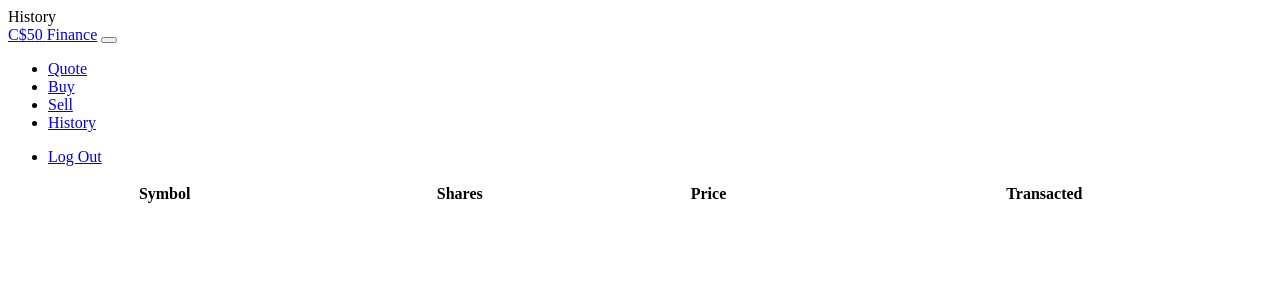
Repository: f41lure/cs50
Page: http://localhost/history
The author's editor kept a record of every edit. The page is drawn from the files as they stood at one moment, then again after the next edit.
The browser window is 1280 px wide. The pictures show the whole page.
Some web libraries are served in a nearby version. The page is served by the project's application, run on Flask 3 (finance/application.py). The session is filled in as if someone had signed in: {"user_id": 1}. The page reads the database file committed with the project.

Above is the page before.

### finance/templates/history.html


{% block title %}
    History
{% endblock %}

{% block main %}
<nav class="navbar navbar-expand-md navbar-light bg-light border">
            <a class="navbar-brand" href="/"><span class="blue">C</span><span class="red">$</span><span class="yellow">5</span><span class="green">0</span> <span class="red">Finance</span></a>
            <button aria-controls="navbar" aria-expanded="false" aria-label="Toggle navigation" class="navbar-toggler" data-target="#navbar" data-toggle="collapse" type="button">
                <span class="navbar-toggler-icon"></span>
            </button>
            <div class="collapse navbar-collapse" id="navbar">

                    <ul class="navbar-nav mr-auto mt-2">
                        <li class="nav-item"><a class="nav-link" href="/quote">Quote</a></li>
                        <li class="nav-item"><a class="nav-link" href="/buy">Buy</a></li>
                        <li class="nav-item"><a class="nav-link" href="/sell">Sell</a></li>
                        <li class="nav-item"><a class="nav-link" href="/history">History</a></li>
                    </ul>
                    <ul class="navbar-nav ml-auto mt-2">
                        <li class="nav-item"><a class="nav-link" href="/logout">Log Out</a></li>
                    </ul>

            </div>
        </nav>
    <table class="table table-striped" style="width:100%">
      <tr>
        <th>Symbol</th>
        <th>Shares</th>
        <th>Price</th>
        <th>Transacted</th>
      </tr>
    {% for history in histories %}
      <tr>
        <td>{{ history.stock }}</td>
        <td>{{ history.shares }}</td>
        <td>{{ history.total }}</td>
        <!--<td>{{ history.transacted }}</td>-->
      </tr>
    {% endfor %}
    </table>

{% endblock %}

### finance/application.py
from cs50 import SQL
from flask import Flask, flash, redirect, render_template, request, session, url_for
from flask_session import Session
from passlib.apps import custom_app_context as pwd_context
from tempfile import mkdtemp

from helpers import *

# configure application
app = Flask(__name__)

# ensure responses aren't cached
if app.config["DEBUG"]:
    @app.after_request
    def after_request(response):
        response.headers["Cache-Control"] = "no-cache, no-store, must-revalidate"
        response.headers["Expires"] = 0
        response.headers["Pragma"] = "no-cache"
        return response

# custom filter
app.jinja_env.filters["usd"] = usd

# configure session to use filesystem (instead of signed cookies)
app.config["SESSION_FILE_DIR"] = mkdtemp()
app.config["SESSION_PERMANENT"] = False
app.config["SESSION_TYPE"] = "filesystem"
Session(app)

# configure CS50 Library to use SQLite database
db = SQL("sqlite:///finance.db")

@app.route("/")
@login_required
def index():
    return apology("TODO")

@app.route("/buy", methods=["GET", "POST"])
@login_required
def buy():
    """Buy shares of stock."""
    if request.method == "POST":
        if not request.form.get("symbol"):
            return apology("Enter a symbol.")
        symb = lookup(request.form.get("symbol"))

        if not symb:
            return apology("Invalid symbol. Re-enter.")

        try:
            shares = int(request.form.get("shares"))
            if shares < 0:
                return apology("Shares must be positive integer")
        except:
            return apology("Shares must be positive integer")


        cash_info = db.execute("SELECT cash FROM users WHERE id = :id", id=session["user_id"])
        if float(cash_info[0]["cash"]) < symb["price"] * shares:
            return apology("Not enough funds.")

        name_of_us = db.execute("""SELECT * FROM users WHERE id = :id""", id=session["user_id"])

        name = name_of_us[0]["username"]

        db.execute("UPDATE users SET cash = cash - :purchase WHERE id = :id", id=session["user_id"], purchase=symb["price"] * float(shares))

        new_cash = db.execute("SELECT * FROM users WHERE id = :id", id=session["user_id"])

        foo = new_cash[0]["cash"]

        db.execute("""UPDATE {} SET cash = ''""".format(name))                                                          # Previously, multiple cash entries would appear

        db.execute("""DELETE FROM {} WHERE stock IS NULL""".format(name))                                               # Delete any empty rows

        db.execute("""UPDATE {}_index SET cash = ''""".format(name))                                                    # (user_index)Previously, multiple cash entries would appear

        db.execute("""DELETE FROM {}_index WHERE stock IS NULL""".format(name))                                         # (user_index)Delete any empty rows

        db.execute("""INSERT INTO {} (stock, amount, price, tot_value, cash)
                      VALUES (:stock, :amount, :price, :tot_value, :cash_f)""".format(name),
                    stock=request.form.get("symbol"),
                    amount=request.form.get("shares"),
                    price=symb["price"] * shares,
                    tot_value = symb["price"] * shares,
                    cash_f = foo)

        # Table which records all transactions ever made

        db.execute("""INSERT INTO trans (id, stock, shares, total, type)
                      VALUES (:id, :stock, :shares, :total, :type)""",
                    id=session.get("user_id"),
                    stock=request.form.get("symbol"),
                    shares=shares,
                    total = symb["price"] * shares,
                    type="buy")



        # Creates a temporary table spare which stores all the data needed for index()

        db.execute("""CREATE TABLE spare (id INTEGER, stock TEXT, shares INTEGER, total INTEGER)""")

        amounts_to_be_changed = db.execute("""SELECT shares, total FROM {}_index WHERE stock=:stock""".format(name), symbol)

        new_shares = int(amounts_to_be_changed[0]['shares']) + amount

        new_total = int(amounts_to_be_changed[0]['total']) + value

        bar = db.execute("""INSERT INTO spare (id, stock) SELECT id, stock FROM trans GROUP BY id, stock""")

        db.execute("""INSERT INTO spare (shares, total) WHERE stock=:stock VALUES (:shares, :total)""", stock=symbol, shares=new_shares, total=new_total)

        # Inserts the data for index() into spare
        ###### Ran into a problem here: bar previously worked for buy, but now we need to keep track of the amount of each stock, not the sum for history
        ###### Solution: if a stocks type is sell: SUM it. If buy: SUM it
        ###### Then subtract sell from buy

        bar = db.execute("""INSERT INTO spare (id, stock, shares, total) SELECT id, stock, SUM(shares), SUM(total) FROM trans GROUP BY id, stock""")

        # db.execute("""INSERT INTO spare (id, stock, shares, total)
        #               VALUES (:id :stock, :shares, :total")""",
        #               id=session["user_id"],
        #               stock=bar[0]['stock'],
        #               shares=bar[0]['SUM(shares)'],
        #               total=bar[0]['SUM(total)'])

        # Takes all the data relevant to the current user for index() and stores it in that users table

        db.execute("""INSERT INTO {}_index (stock, amount, tot_value)
                    SELECT stock, shares, total FROM spare WHERE id=:id;""".format(name), id=session.get("user_id"))

        # Fill other two fields: price and cash

        db.execute("""INSERT INTO {}_index (cash)
                    VALUES (:cash)""".format(name),
                    cash=foo)

        # baz = db.execute("""SELECT * FROM {}_index""".format(name))
        # for idx, row in enumerate(baz):
        #     price_index = baz[idx][float('tot_value')] / baz[idx][float('amount')]

        #     db.execute("""INSERT INTO {}_index (price)
        #                 VALUES (:price)""".format(name),
        #                 price=price_index)


        db.execute("""DROP TABLE spare;""")

        return redirect(url_for("index"))

    else:
        return render_template("buy.html")

@app.route("/history")
@login_required
def history():
    histories = db.execute("SELECT * from trans WHERE id=:id", id=session["user_id"])

    return render_template("history.html", histories=histories)

@app.route("/login", methods=["GET", "POST"])
def login():
    """Log user in."""

    # forget any user_id
    session.clear()

    # if user reached route via POST (as by submitting a form via POST)
    if request.method == "POST":

        # ensure username was submitted
        if not request.form.get("username"):
            return apology("must provide username")

        # ensure password was submitted
        elif not request.form.get("password"):
            return apology("must provide password")

        # query database for username
        rows = db.execute("SELECT * FROM users WHERE username = :username", username=request.form.get("username"))

        # ensure username exists and password is correct
        if len(rows) != 1 or not pwd_context.verify(request.form.get("password"), rows[0]["hash"]):
            return apology("invalid username and/or password")

        # remember which user has logged in
        session["user_id"] = rows[0]["id"]

        # redirect user to home page
        return redirect(url_for("index"))

    # else if user reached route via GET (as by clicking a link or via redirect)
    else:
        return render_template("login.html")

@app.route("/logout")
def logout():
    """Log user out."""

    # forget any user_id
    session.clear()

    # redirect user to login form
    return redirect(url_for("login"))

@app.route("/quote", methods=["GET", "POST"])
@login_required
def quote():
    """Get stock quote."""
    if request.method == "POST":
        symbol = lookup(request.form.get("symbol"))
        if not symbol:
            return apology("Invalid symbol. Please re-enter.")
        return render_template("quoted.html", stock=symbol)

    elif request.method == "GET":
        return render_template("quote.html")

@app.route("/register", methods=["GET", "POST"])
def register():

    if request.method == "POST":

        # ensure username was submitted
        if not request.form.get("username"):
            return apology("Must provide username")

        # ensure password was submitted
        elif not request.form.get("password"):
            return apology("Must provide password")

        # # ensure password and verified password is the same
        # elif request.form.get("password") != request.form.get("passwordagain"):
        #     return apology("password doesn't match")

        # insert the new user into users, storing the hash of the user's password
        result = db.execute("INSERT INTO users (username, hash) \
                             VALUES(:username, :hash)", \
                             username=request.form.get("username"), \
                             hash=pwd_context.hash(request.form.get("password")))
        user_table = db.execute("CREATE TABLE {} ('stock' TEXT, 'amount' INTEGER, 'price' INTEGER, 'tot_value' INTEGER, 'type' TEXT, 'cash' INTEGER)".format(request.form.get("username")))


        # Table # 2 for index()
        user_table_index = db.execute("CREATE TABLE {}_index ('stock' TEXT, 'amount' INTEGER, 'price' INTEGER, 'tot_value' INTEGER, 'cash' INTEGER)".format(request.form.get("username")))

        if not result:
            return apology("Username already exists")

        # remember which user has logged in
        session["user_id"] = result

        return redirect(url_for("index"))

    else:
        return render_template("register.html")

@app.route("/sell", methods=["GET", "POST"])
@login_required
def sell():
    """Sell shares of stock."""
    if request.method == "POST":

        user_info = db.execute("SELECT * FROM users WHERE id = :id", id=session["user_id"])

        name = user_info[0]["username"]
        cash = user_info[0]["cash"]
        foo = user_info[0]["cash"]

        if not request.form.get("symbol"):
            return apology("Enter a symbol.")
        symbol = lookup(request.form.get("symbol"))
        symb = request.form.get("symbol")

        if not symbol:
            return apology("Invalid symbol. Re-enter.")

        try:
            shares = int(request.form.get("shares"))
            if shares < 0:
                return apology("Shares must be positive integer")
        except:
            return apology("Shares must be positive integer")
        value = symbol["price"] * shares


        db.execute("UPDATE users SET cash = cash + :sold WHERE id = :id", id=session["user_id"], sold=value)

        # Table which records all transactions ever made

        db.execute("""INSERT INTO trans (id, stock, shares, total, type)
                      VALUES (:id, :stock, :shares, :total, :type)""",
                    id=session.get("user_id"),
                    stock=request.form.get("symbol"),
                    shares=shares,
                    total = symbol["price"] * shares,
                    type="sell")

        # Creates a temporary table spare which stores all the data needed for index()

        db.execute("""CREATE TABLE spare (id INTEGER, stock TEXT, shares INTEGER, total INTEGER)""")

        # Inserts the data for index() into spare

        amounts_to_be_changed = db.execute("""SELECT amount, tot_value FROM {}_index WHERE stock=:stock""".format(name), stock=symb)

        new_shares = int(amounts_to_be_changed[0]['amount']) - amount

        new_total = int(amounts_to_be_changed[0]['tot_value']) - value

        bar = db.execute("""INSERT INTO spare (id, stock) SELECT id, stock FROM trans GROUP BY id, stock""")

        db.execute("""INSERT INTO spare (shares, total) WHERE stock=:stock VALUES (:shares, :total)""", stock=symb, shares=new_shares, total=new_total)

        baz = db.execute("""SELECT * FROM trans GROUP BY id, stock, type""")

        # db.execute("""INSERT INTO spare (id, stock, shares, total)
        #               VALUES (:id :stock, :shares, :total")""",
        #               id=session["user_id"],
        #               stock=bar[0]['stock'],
        #               shares=bar[0]['SUM(shares)'],
        #               total=bar[0]['SUM(total)'])

        # Takes all the data relevant to the current user for index() and stores it in that users table

        db.execute("""INSERT INTO {}_index (stock, amount, tot_value)
                    SELECT stock, shares, total FROM spare WHERE id=:id;""".format(name), id=session.get("user_id"))

        # Fill other two fields: price and cash

        db.execute("""INSERT INTO {}_index (cash)
                    VALUES (:cash)""".format(name),
                    cash=foo)

        # baz = db.execute("""SELECT * FROM {}_index""".format(name))
        # for idx, row in enumerate(baz):
        #     price_index = baz[idx][float('tot_value')] / baz[idx][float('amount')]

        #     db.execute("""INSERT INTO {}_index (price)
        #                 VALUES (:price)""".format(name),
        #                 price=price_index)


        db.execute("""DROP TABLE spare;""")

        return redirect(url_for("index"))

    else:
        return render_template("sell.html")

### finance/helpers.py
import csv
import urllib.request

from flask import redirect, render_template, request, session
from functools import wraps


def apology(message, code=400):
    """Renders message as an apology to user."""
    def escape(s):
        """
        Escape special characters.

        https://github.com/jacebrowning/memegen#special-characters
        """
        for old, new in [("-", "--"), (" ", "-"), ("_", "__"), ("?", "~q"),
                         ("%", "~p"), ("#", "~h"), ("/", "~s"), ("\"", "''")]:
            s = s.replace(old, new)
        return s
    return render_template("apology.html", top=code, bottom=escape(message)), code


def login_required(f):
    """
    Decorate routes to require login.

    http://flask.pocoo.org/docs/0.12/patterns/viewdecorators/
    """
    @wraps(f)
    def decorated_function(*args, **kwargs):
        if session.get("user_id") is None:
            return redirect("/login")
        return f(*args, **kwargs)
    return decorated_function


def lookup(symbol):
    """Look up quote for symbol."""

    # reject symbol if it starts with caret
    if symbol.startswith("^"):
        return None

    # reject symbol if it contains comma
    if "," in symbol:
        return None

    # query Yahoo for quote
    # http://stackoverflow.com/a/21351911
    try:

        # GET CSV
        url = f"http://download.finance.yahoo.com/d/quotes.csv?f=snl1&s={symbol}"
        webpage = urllib.request.urlopen(url)

        # read CSV
        datareader = csv.reader(webpage.read().decode("utf-8").splitlines())

        # parse first row
        row = next(datareader)

        # ensure stock exists
        try:
            price = float(row[2])
        except:
            return None

        # return stock's name (as a str), price (as a float), and (uppercased) symbol (as a str)
        return {
            "name": row[1],
            "price": price,
            "symbol": row[0].upper()
        }

    except:
        pass

    # query Alpha Vantage for quote instead
    # https://www.alphavantage.co/documentation/
    try:

        # GET CSV
        url = f"https://www.alphavantage.co/query?apikey=NAJXWIA8D6VN6A3K&datatype=csv&function=TIME_SERIES_INTRADAY&interval=1min&symbol={symbol}"
        webpage = urllib.request.urlopen(url)

        # parse CSV
        datareader = csv.reader(webpage.read().decode("utf-8").splitlines())

        # ignore first row
        next(datareader)

        # parse second row
        row = next(datareader)

        # ensure stock exists
        try:
            price = float(row[4])
        except:
            return None

        # return stock's name (as a str), price (as a float), and (uppercased) symbol (as a str)
        return {
            "name": symbol.upper(), # for backward compatibility with Yahoo
            "price": price,
            "symbol": symbol.upper()
        }

    except:
        return None


def usd(value):
    """Formats value as USD."""
    return f"${value:,.2f}"

### finance/finance.db (the tables this page reads, as SQL)
CREATE TABLE 'trans' ('id' INTEGER, 'stock' TEXT, 'shares' INTEGER, 'total' INTEGER, 'time' DATETIME, 'type' TEXT);
INSERT INTO "trans" VALUES
(3, 'DAX', 5, 150, NULL, 'buy'),
(4, 'DAS', 2, 39.96, NULL, 'buy'),
(4, 'DAS', 2, 39.96, NULL, 'buy'),
(3, 'DAX', 2, 60.47, NULL, 'sell'),
(3, 'DAX', 2, 60.8, NULL, 'sell'),
(3, 'DAX', 2, 60.8, NULL, 'sell'),
(3, 'DAX', 2, 60.8, NULL, 'sell'),
(3, 'DAX', 2, 60.86, NULL, 'sell'),
(3, 'DAX', 2, 60.86, NULL, 'sell'),
(3, 'DAX', 2, 60.86, NULL, 'sell'),
(3, 'DAX', 2, 60.86, NULL, 'sell'),
(3, 'DAX', 2, 60.86, NULL, 'sell'),
(3, 'DAX', 2, 60.86, NULL, 'sell'),
(3, 'DAX', 2, 60.86, NULL, 'sell'),
(3, 'DAX', 2, 60.86, NULL, 'sell'),
(3, 'DAX', 2, 60.86, NULL, 'sell'),
(3, 'DAX', 2, 60.86, NULL, 'sell'),
(3, 'DAX', 2, 60.82, NULL, 'sell'),
(3, 'DAX', 2, 60.82, NULL, 'sell'),
(3, 'DAX', 2, 60.82, NULL, 'sell'),
(3, 'DAX', 2, 60.82, NULL, 'sell'),
(3, 'DAX', 2, 60.82, NULL, 'sell'),
(3, 'DAX', 2, 60.82, NULL, 'sell'),
(3, 'DAX', 2, 60.82, NULL, 'sell'),
(3, 'DAX', 2, 60.82, NULL, 'sell'),
(3, 'DAX', 2, 60.82, NULL, 'sell');

### finance/templates/layout.html
<!DOCTYPE html>

<html lang="en">

    <head>

        <!-- https://developer.mozilla.org/en-US/docs/Web/HTML/Element/meta -->
        <meta charset="utf-8"/>
        <meta content="initial-scale=1, width=device-width" name="viewport"/>

        <!-- documentation at http://getbootstrap.com/, alternative themes at https://www.bootstrapcdn.com/bootswatch/ -->
        <link href="https://maxcdn.bootstrapcdn.com/bootstrap/3.3.7/css/bootstrap.min.css" rel="stylesheet"/>

        <link href="{{ url_for('static', filename='styles.css') }}" rel="stylesheet"/>

        <script src="https://code.jquery.com/jquery-3.1.1.min.js"></script>
        <script src="https://maxcdn.bootstrapcdn.com/bootstrap/3.3.7/js/bootstrap.min.js"></script>

        <title>C$50 Finance: {% block title %}{% endblock %}</title>

    </head>

    <body>

        <div class="container">

            <nav class="navbar navbar-default">
                <div class="container-fluid">
                    <div class="navbar-header">
                        <button aria-expanded="false" class="navbar-toggle collapsed" data-target="#navbar" data-toggle="collapse" type="button">
                            <span class="sr-only">Toggle navigation</span>
                            <span class="icon-bar"></span>
                            <span class="icon-bar"></span>
                            <span class="icon-bar"></span>
                        </button>
                        <a class="navbar-brand" href="{{ url_for('index') }}"><span class="blue">C</span><span class="red">$</span><span class="yellow">5</span><span class="green">0</span> <span class="red">Finance</span></a>
                    </div>
                    <div class="collapse navbar-collapse" id="navbar">
                        {% if session.user_id %}
                            <ul class="nav navbar-nav">
                                <li><a href="{{ url_for('quote') }}">Quote</a></li>
                                <li><a href="{{ url_for('buy') }}">Buy</a></li>
                                <li><a href="{{ url_for('sell') }}">Sell</a></li>
                                <li><a href="{{ url_for('history') }}">History</a></li>
                            </ul>
                            <ul class="nav navbar-nav navbar-right">
                                <li><a href="{{ url_for('logout') }}">Log Out</a></li>
                            </ul>
                        {% else %}
                            <ul class="nav navbar-nav navbar-right">
                                <li><a href="{{ url_for('register') }}">Register</a></li>
                                <li><a href="{{ url_for('login') }}">Log In</a></li>
                            </ul>
                        {% endif %}
                    </div>
                </div>
            </nav>

            {% if get_flashed_messages() %}
                <header>
                    <div class="alert alert-info" role="alert">
                        {{ get_flashed_messages() | join(" ") }}
                    </div>
                </header>
            {% endif %}

            <main>
                {% block main %}{% endblock %}
            </main>

        </div>

    </body>

</html>

Loaded but not shown: finance/static/styles.css (common file)

After the next edit:
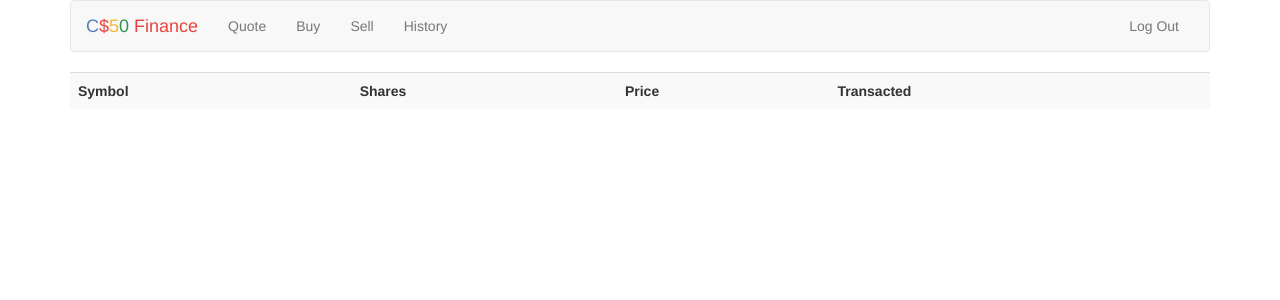
The edit:
--- a/finance/templates/history.html
+++ b/finance/templates/history.html
@@ -1,29 +1,10 @@
-
+{% extends "layout.html" %}
 
 {% block title %}
     History
 {% endblock %}
 
 {% block main %}
-<nav class="navbar navbar-expand-md navbar-light bg-light border">
-            <a class="navbar-brand" href="/"><span class="blue">C</span><span class="red">$</span><span class="yellow">5</span><span class="green">0</span> <span class="red">Finance</span></a>
-            <button aria-controls="navbar" aria-expanded="false" aria-label="Toggle navigation" class="navbar-toggler" data-target="#navbar" data-toggle="collapse" type="button">
-                <span class="navbar-toggler-icon"></span>
-            </button>
-            <div class="collapse navbar-collapse" id="navbar">
-
-                    <ul class="navbar-nav mr-auto mt-2">
-                        <li class="nav-item"><a class="nav-link" href="/quote">Quote</a></li>
-                        <li class="nav-item"><a class="nav-link" href="/buy">Buy</a></li>
-                        <li class="nav-item"><a class="nav-link" href="/sell">Sell</a></li>
-                        <li class="nav-item"><a class="nav-link" href="/history">History</a></li>
-                    </ul>
-                    <ul class="navbar-nav ml-auto mt-2">
-                        <li class="nav-item"><a class="nav-link" href="/logout">Log Out</a></li>
-                    </ul>
-
-            </div>
-        </nav>
     <table class="table table-striped" style="width:100%">
       <tr>
         <th>Symbol</th>
@@ -33,10 +14,10 @@
       </tr>
     {% for history in histories %}
       <tr>
-        <td>{{ history.stock }}</td>
+        <td>{{ history.symbol }}</td>
         <td>{{ history.shares }}</td>
-        <td>{{ history.total }}</td>
-        <!--<td>{{ history.transacted }}</td>-->
+        <td>{{ history.price }}</td>
+
       </tr>
     {% endfor %}
     </table>
